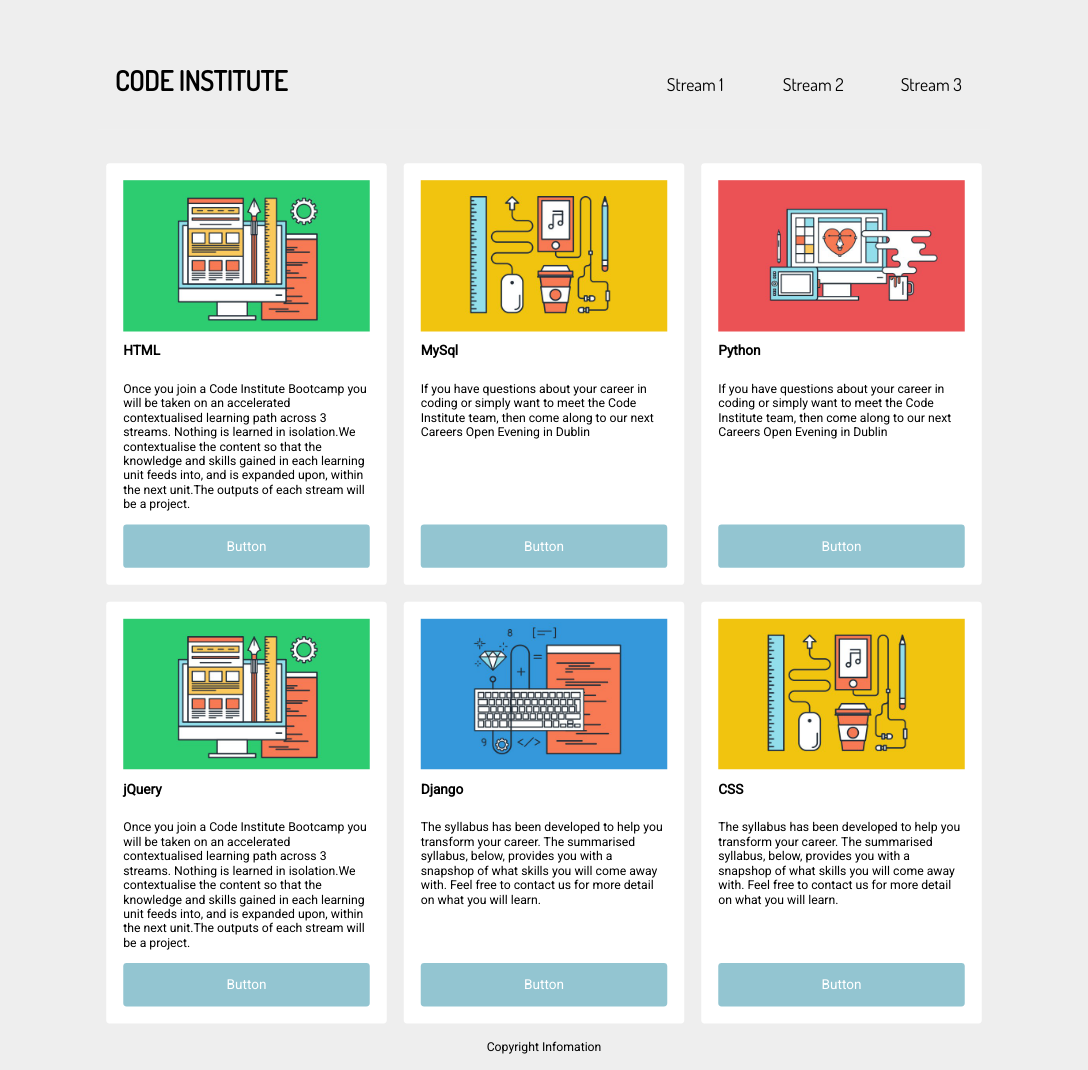
Repository: LivHed/jquery-events
Page: Cards-jquery.html
The author's editor kept a record of every edit. The page is drawn from the files as they stood at one moment, then again after the next edit.
The browser window is 1280 px wide. The pictures show the whole page, at 85% of full size.
Some web libraries are served in a nearby version.

Above is the page before.

After the next edit:
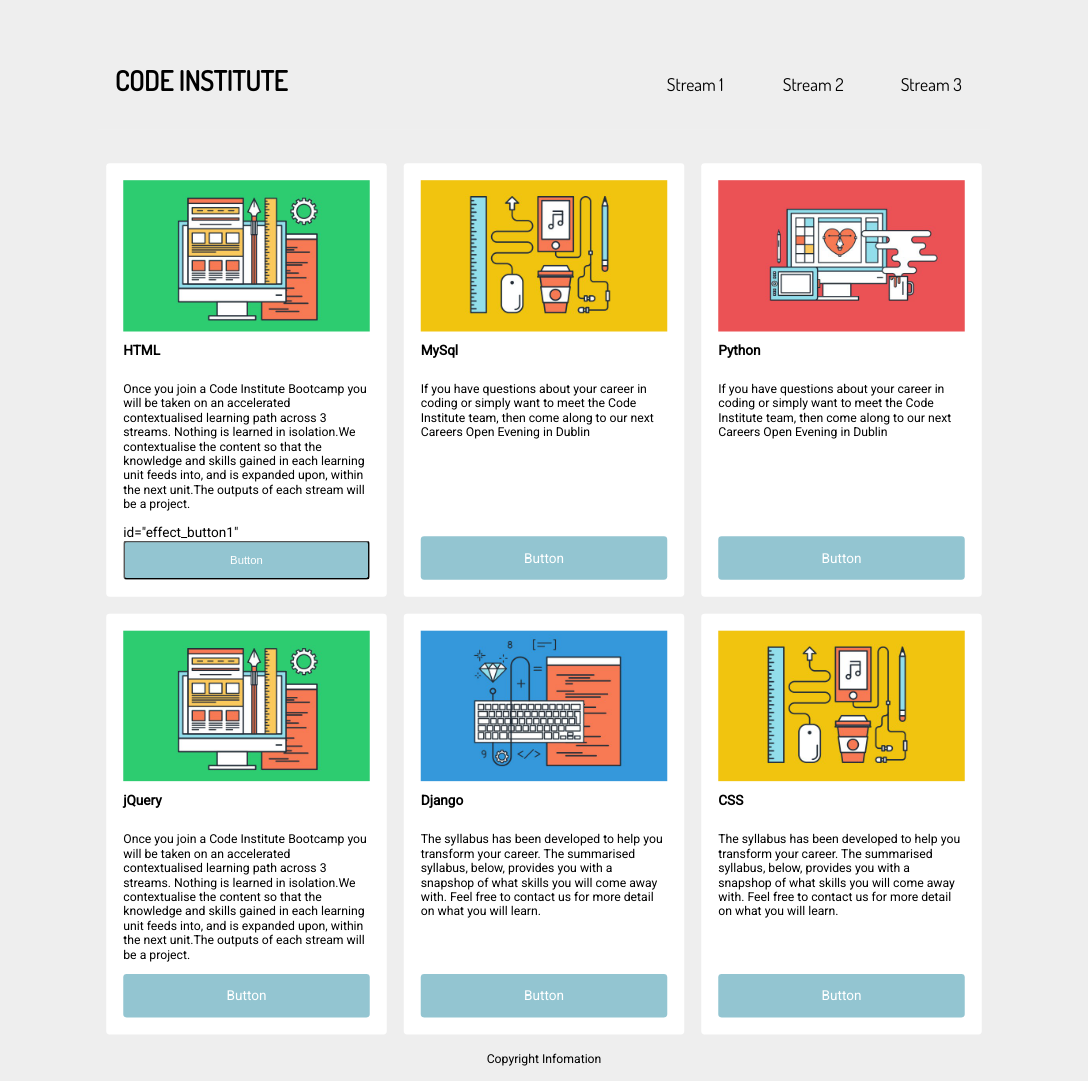
The edit:
--- a/Cards-jquery.html
+++ b/Cards-jquery.html
@@ -23,8 +23,8 @@
 			<div class="card_bottom">
 				<h2 id="hr_html"class="card_head" >HTML</h2>
 				<p class="card_para">Once you join a Code Institute Bootcamp you will be taken on an accelerated contextualised learning path across 3 streams. Nothing is learned in isolation.We contextualise the content so that the knowledge and skills gained in each learning unit feeds into, and is expanded upon, within the next unit.The outputs of each stream will be a project.
-				</p>
-				<a href="" class="bottom_button">Button</a>
+				</p> id="effect_button1"
+				<button class="bottom_button">Button</button>
 			</div>
 		</div>
 		<div class="card stream3">
